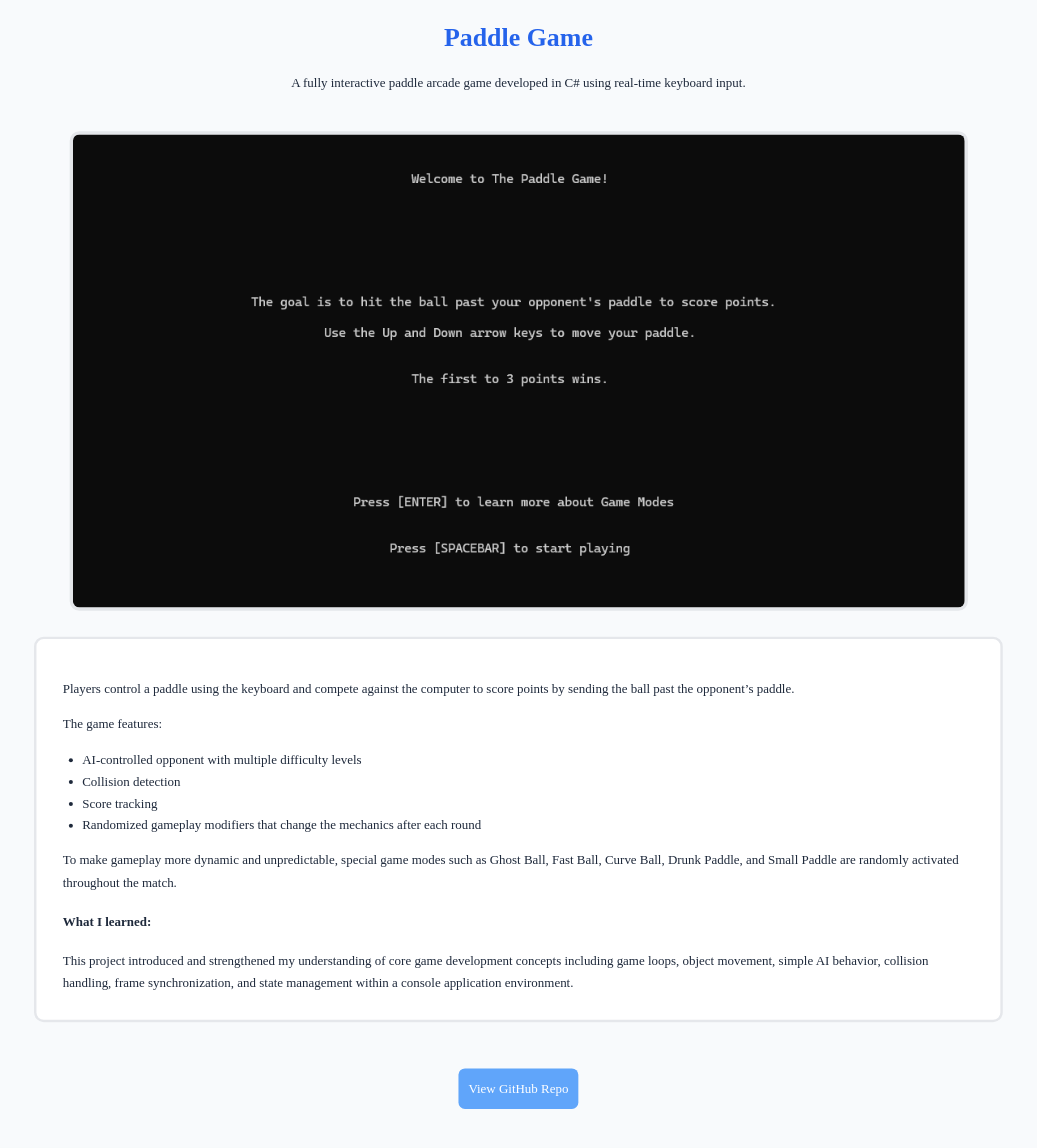
Repository: alison-cunningham/alison-cunningham
Page: pages/paddle-game.html
The author's editor kept a copy of each file at every save. The page is drawn from the files as they stood at one save, then again after the next save.
The browser window is 1280 px wide. The pictures show the whole page, at 81% of full size.
Some web fonts or font styles are not loaded; a fallback is used.

Above is the page before, as saved 2026-05-12 17:29:37.

After the next save:
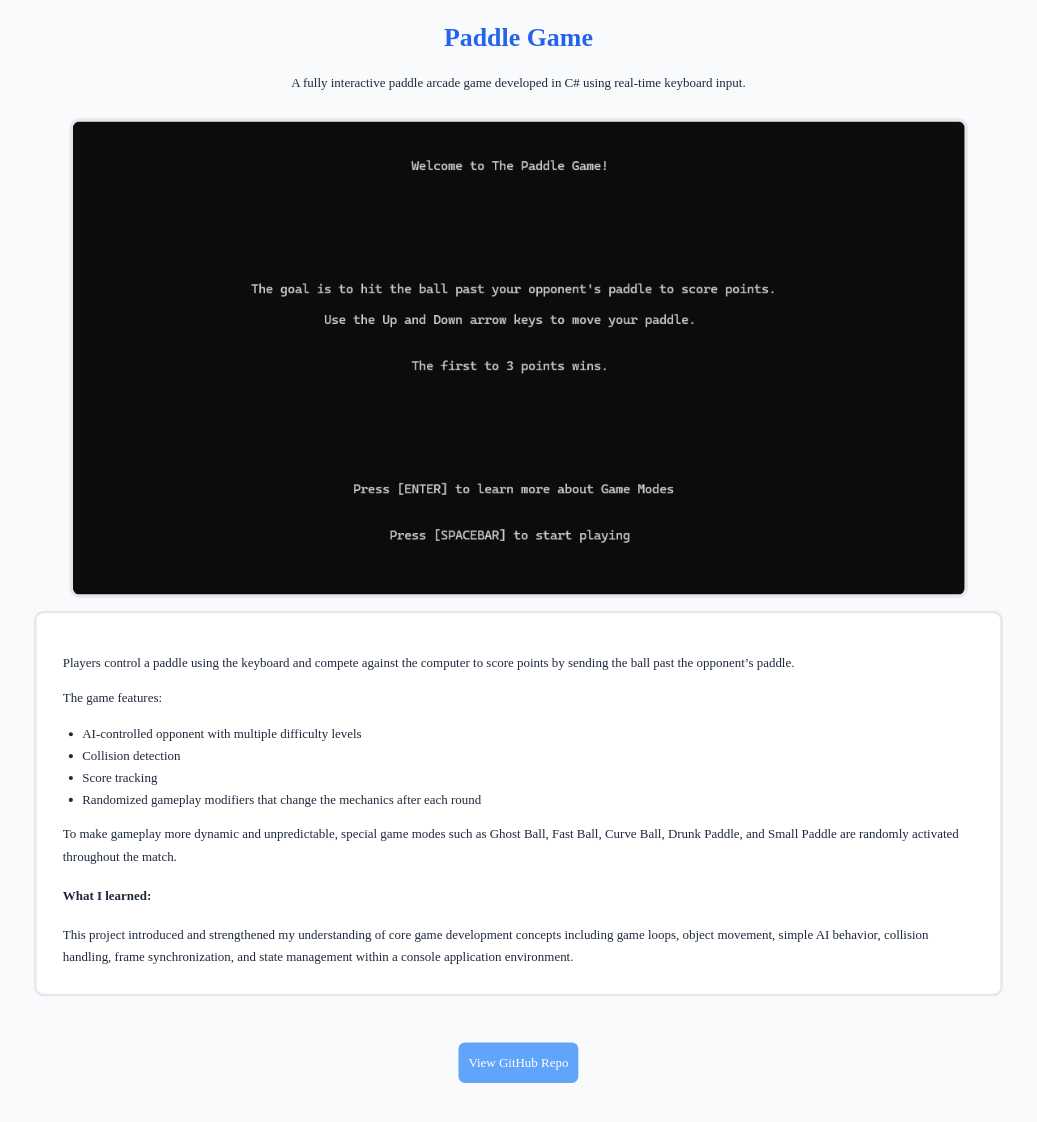
Saved 111 s later.
--- a/styles/globals.css
+++ b/styles/globals.css
@@ -45,6 +45,7 @@ h3{
     flex-direction: column;
     align-items: center;
     justify-content: center;
+    text-align: center;
 
 
 }
--- a/styles/pages.css
+++ b/styles/pages.css
@@ -82,7 +82,7 @@ nav a:hover{
 img{
     display: block;
     max-width: 100%;
-    margin: 2rem auto;
+    margin: 1rem auto;
     border: .3rem solid #e5e7eb;
     border-radius: .75rem;
 
